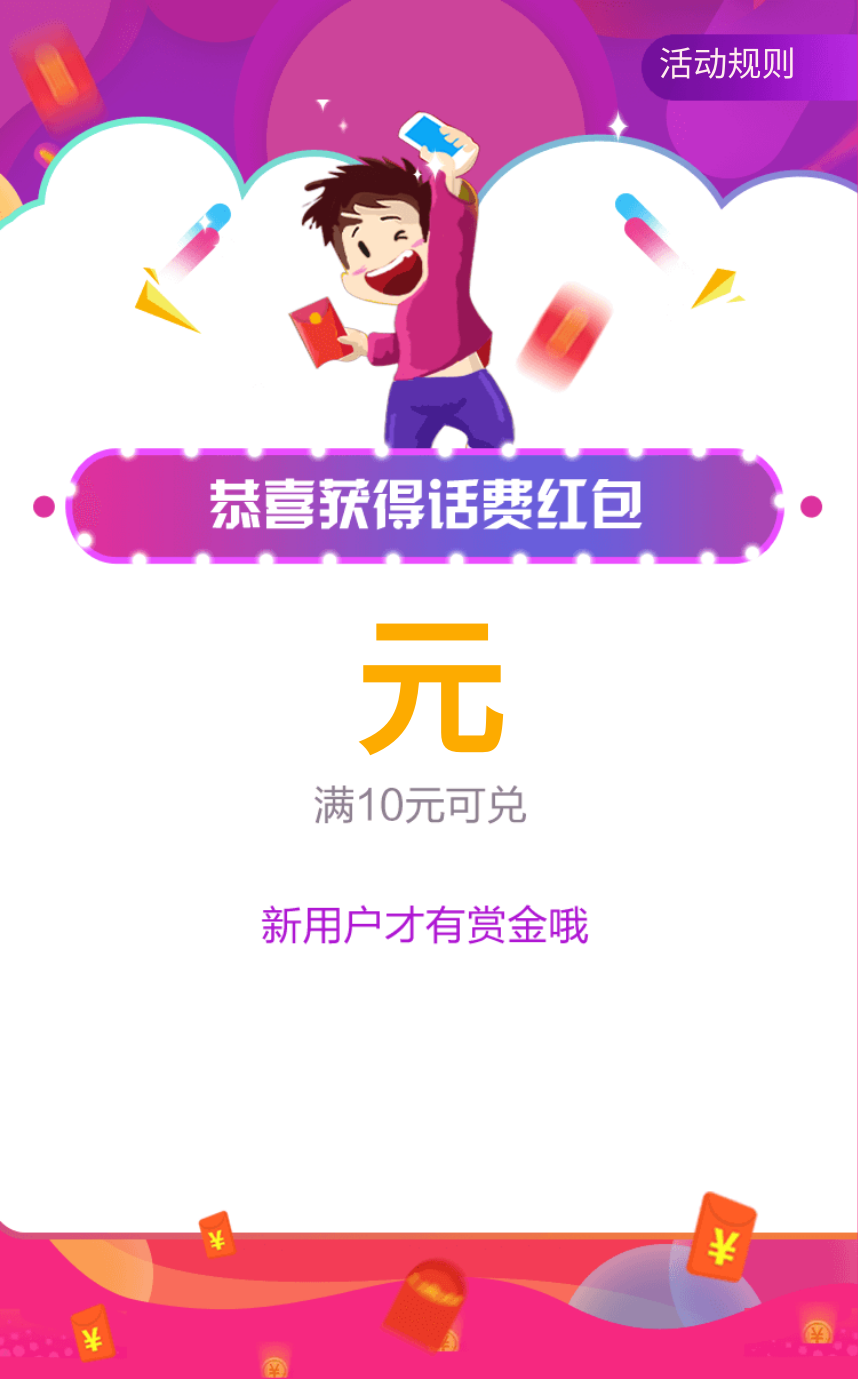
Repository: wangbiaozy/hb
Page: index.html
These files come from the project's save history. The page is drawn as it stood at one moment and after the next save; the edit follows.
The browser window is 1280 px wide. The pictures show the whole page, at 67% of full size.
After loading, the first visible `#cj` was clicked once.

Above is the page before, as saved 2018-08-15 09:37:22.

### index.html
<!DOCTYPE html>
<html lang="en">
<head>
    <meta charset="UTF-8">
    <meta name="viewport" content="width=device-width, initial-scale=1.0, maximum-scale=1.0, minimum-scale=1.0, user-scalable=no, viewport-fit=cover">
    <meta http-equiv="X-UA-Compatible" content="ie=edge">
    <title>Document</title>
    <link rel="stylesheet" href="css/reset.min.css">
    <link rel="stylesheet/less" href="css/styles.less">
    <script src="js/less-1.7.0.min.js"></script>
</head>
<body>
    <section>
        <a href="">活动规则</a>
        <!-- 首页 -->
        <div class="f_page">
                <p>已经有<span>xxxx</span>人拿到10元话费</p>
                <a id="cj" href="javascript:void(0)"></a>
                <a href="">赚钱攻略在此>></a>
        </div>
        <!-- 获得话费红包页 -->
        <div class="result">
            <p><span id="moneyText"></span>元</p>
            <a href="javascript:void(0)"></a>
        </div>


    </section>
</body>
</html>
<script src="js/jquery-1.10.1.min.js"></script>
<script src="js/index.js"></script>

### css/reset.min.css
@charset "utf-8";
/*默认样式清除和初始化*/
body,h1,h2,h3,h4,h5,h6,hr,p,blockquote,dl,dt,dd,ul,ol,li,button,input,textarea,th,td{margin:0;padding:0}body{font-size:12px;font-style:normal;font-family:"\5FAE\8F6F\96C5\9ED1",Helvetica,sans-serif}small{font-size:12px}h1{font-size:18px}h2{font-size:16px}h3{font-size:14px}h4,h5,h6{font-size:100%}ul,ol{list-style:none}a{text-decoration:none;background-color:transparent}a:hover,a:active{outline-width:0;text-decoration:none}table{border-collapse:collapse;border-spacing:0}hr{border:0;height:1px}img{border-style:none}img:not([src]){display:none}svg:not(:root){overflow:hidden}html{-webkit-touch-callout:none;-webkit-text-size-adjust:100%}input,textarea,button,a{-webkit-tap-highlight-color:rgba(0,0,0,0)}article,aside,details,figcaption,figure,footer,header,main,menu,nav,section,summary{display:block}audio,canvas,progress,video{display:inline-block}audio:not([controls]),video:not([controls]){display:none;height:0}progress{vertical-align:baseline}mark{background-color:#ff0;color:#000}sub,sup{position:relative;font-size:75%;line-height:0;vertical-align:baseline}sub{bottom:-0.25em}sup{top:-0.5em}button,input,select,textarea{font-size:100%;outline:0}button,input{overflow:visible}button,select{text-transform:none}textarea{overflow:auto}button,html [type="button"],[type="reset"],[type="submit"]{-webkit-appearance:button}button::-moz-focus-inner,[type="button"]::-moz-focus-inner,[type="reset"]::-moz-focus-inner,[type="submit"]::-moz-focus-inner{border-style:none;padding:0}button:-moz-focusring,[type="button"]:-moz-focusring,[type="reset"]:-moz-focusring,[type="submit"]:-moz-focusring{outline:1px dotted ButtonText}[type="checkbox"],[type="radio"]{box-sizing:border-box;padding:0}[type="number"]::-webkit-inner-spin-button,[type="number"]::-webkit-outer-spin-button{height:auto}[type="search"]{-webkit-appearance:textfield;outline-offset:-2px}[type="search"]::-webkit-search-cancel-button,[type="search"]::-webkit-search-decoration{-webkit-appearance:none}::-webkit-input-placeholder{color:inherit;opacity:.54}::-webkit-file-upload-button{-webkit-appearance:button;font:inherit}.clear:after{display:block;height:0;content:"";clear:both}
*{ -webkit-tap-highlight-color: rgba(0,0,0,0);-webkit-tap-highlight-color: transparent; /* For some Androids */ }

### js/index.js
(function (doc, win) {
    var docEl = doc.documentElement,
        resizeEvt = 'orientationchange' in window ? 'orientationchange' : 'resize',
        recalc = function () {
            var clientWidth = docEl.clientWidth;
            if (!clientWidth) return;
            docEl.style.fontSize = 100 * (clientWidth / 750) + 'px';
        };
    if (!doc.addEventListener) return;
    win.addEventListener(resizeEvt, recalc, false);
    doc.addEventListener('DOMContentLoaded', recalc, false);
})(document, window);
$(function () {

    //显示首页背景
    function showFirstPageBg(){
        $('section').removeClass('result');
    }
    //显示中奖页背景
    function showResultPageBg(){
        $('section').addClass('result');
    }
    //奖品金额随机数
    var num = (Math.random()*9+1).toFixed(2);

    //首页抽红包按钮
    $('#cj').on('click',function(){
        $('.result').show();
        $('.f_page').hide();
        showResultPageBg();
    });

    //显示弹窗
    function showModel(){
        $('.model').show();
        showMask();
    }

    //关闭弹窗
    $('.close').on('click',function(){
        $(this).parent().parent().hide();
        hideMask();
    });
    //显示遮罩层
    function showMask(){
        $("#mask").css("height",$(document).height());
        $("#mask").css("width",$(document).width());
        $("#mask").show();
        $('body').css('position','fixed');
    }
    //隐藏遮罩层
    function hideMask(){
        $("#mask").hide();
        $('body').css('position','unset');
    }
});

Loaded but not shown: js/less-1.7.0.min.js (library); js/jquery-1.10.1.min.js (library)

After the next save:
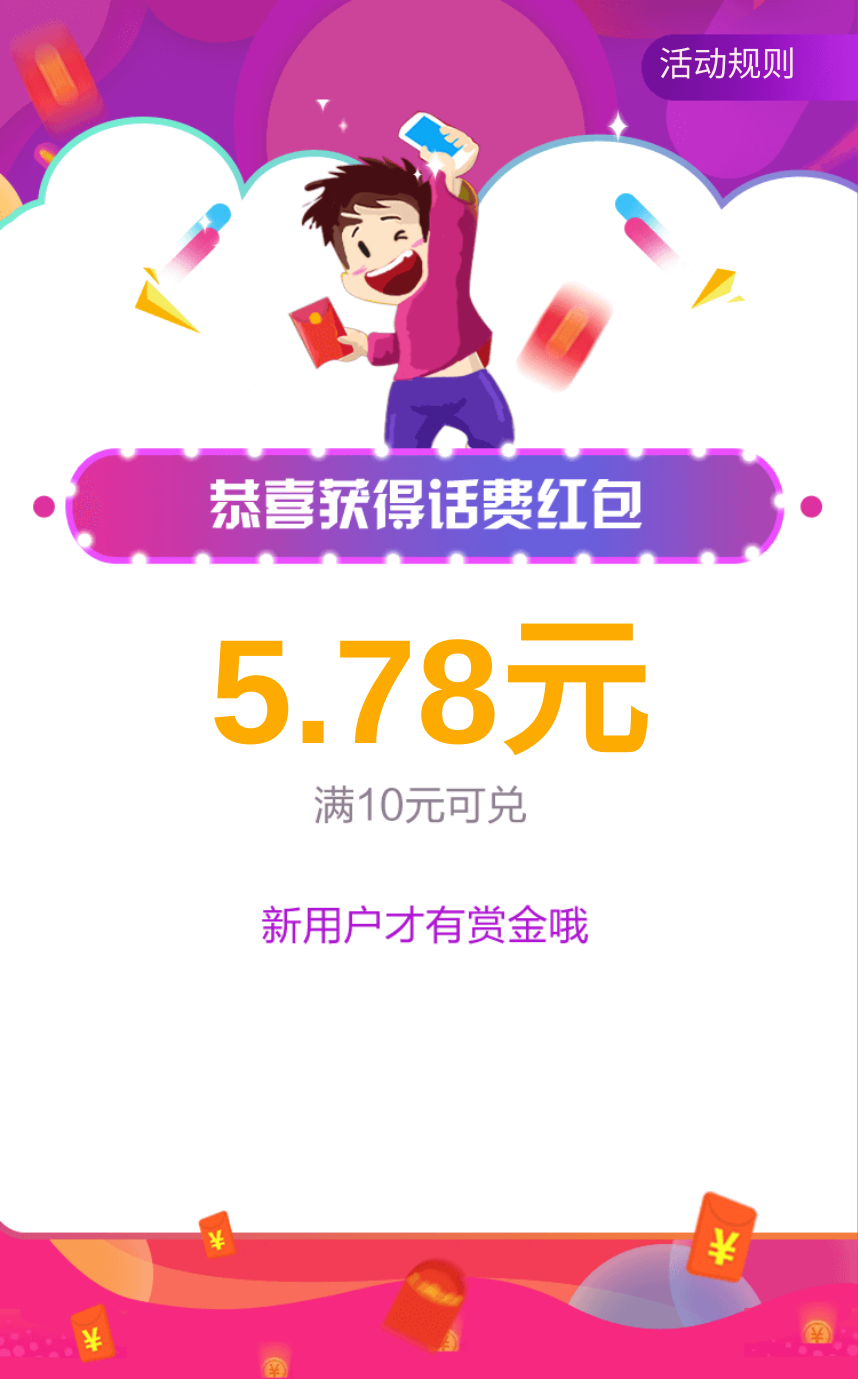
Saved 26 s later.
--- a/js/index.js
+++ b/js/index.js
@@ -25,6 +25,7 @@ $(function () {
 
     //首页抽红包按钮
     $('#cj').on('click',function(){
+        $('#moneyText').text(num);
         $('.result').show();
         $('.f_page').hide();
         showResultPageBg();
